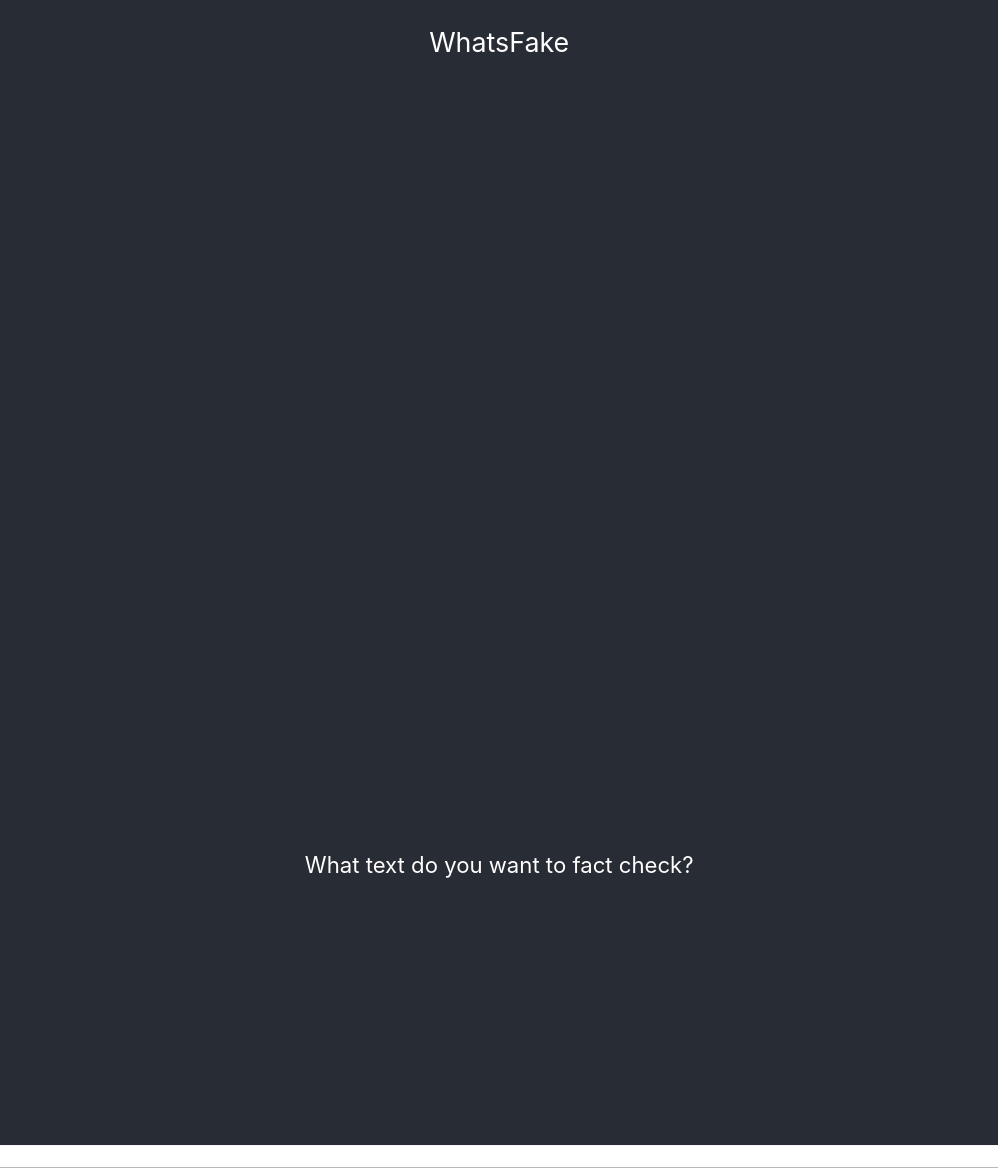
Repository: alkalox/FakeNews
Page: /
An editor plug-in stored every save of this project. The page is shown before and after the next save, followed by the edit.
The browser window is 1280 px wide. The pictures show the whole page, at 78% of full size.
The project was rebuilt for these pictures with package versions that can differ from the ones it lists, and the page was loaded fresh each time.

Above is the page before, as saved 2019-04-19 21:22:54.

After the next save:
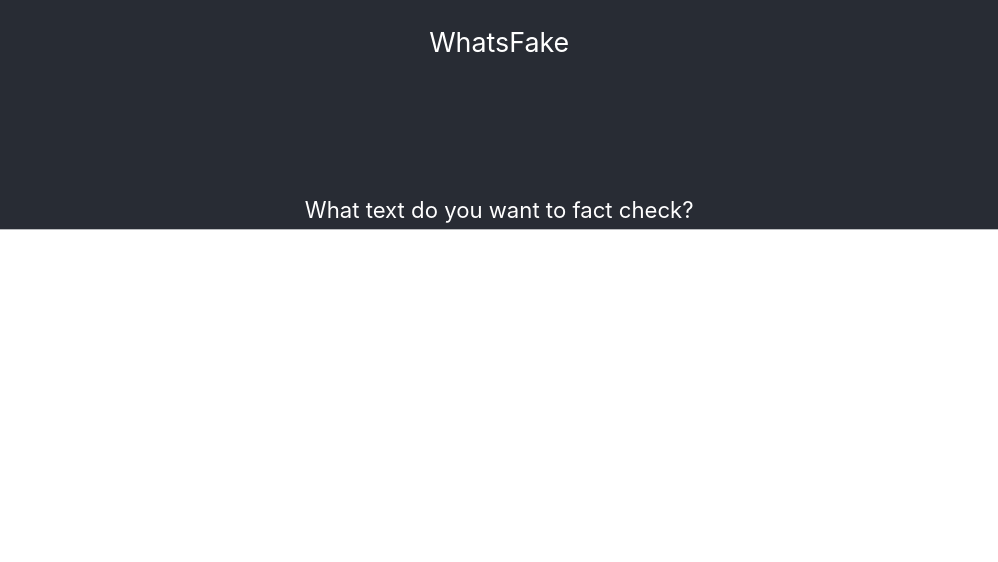
Saved 52 s later.
--- a/src/App.css
+++ b/src/App.css
@@ -6,7 +6,7 @@
   background-color: #282c34;
 }
 .App-header {
-  min-height: 100vh;
+  min-height: 30vh;
   display: flex;
   flex-direction: column;
   align-items: center;
@@ -16,7 +16,7 @@
 }
 
 .text {
-  min-height: 100vh;
+  min-height: 50px;
   display: flex;
   flex-direction: column;
   align-items: center;
